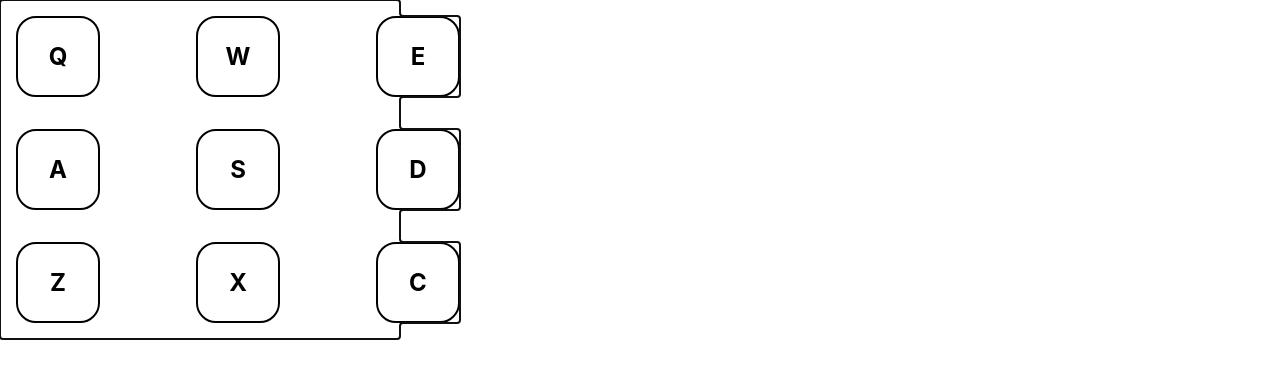
Repository: milac0/drum-machine
Page: /
The author's editor kept a copy of each file at every save. The page is drawn from the files as they stood at one save, then again after the next save.
The browser window is 1280 px wide. The pictures show the whole page.
The project was rebuilt for these pictures with package versions that can differ from the ones it lists, and the page was loaded fresh each time.

Above is the page before, as saved 2019-10-25 17:29:38.

After the next save:
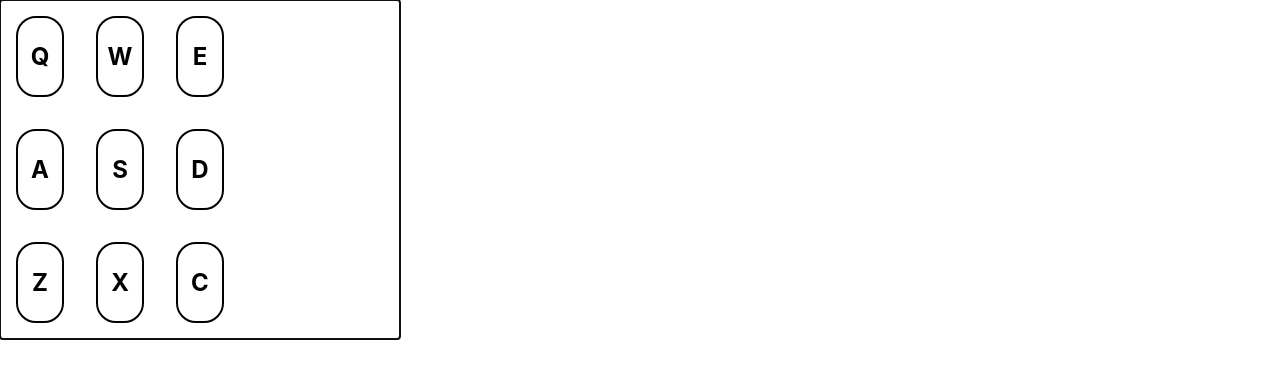
Saved 3 min 56 s later.
--- a/src/App.css
+++ b/src/App.css
@@ -2,7 +2,7 @@
   width: 400px;
   margin: 0 auto;
   display: inline-grid;
-  grid-template-columns: 180px 180px 180px;
+  grid-template-columns: 80px 80px 80px;
 }
 
 .drum-pad {

After the save that followed:
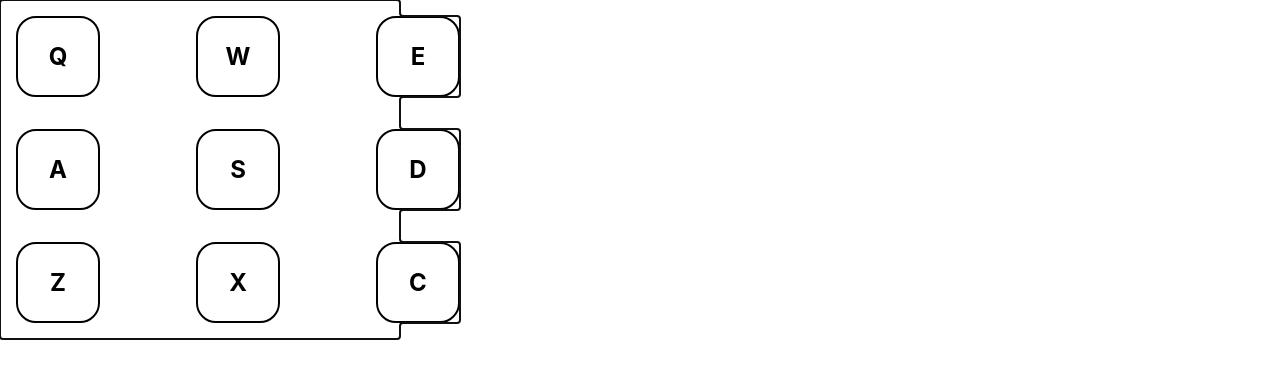
Saved 15 s later.
--- a/src/App.css
+++ b/src/App.css
@@ -2,7 +2,7 @@
   width: 400px;
   margin: 0 auto;
   display: inline-grid;
-  grid-template-columns: 80px 80px 80px;
+  grid-template-columns: 180px 180px 180px;
 }
 
 .drum-pad {
